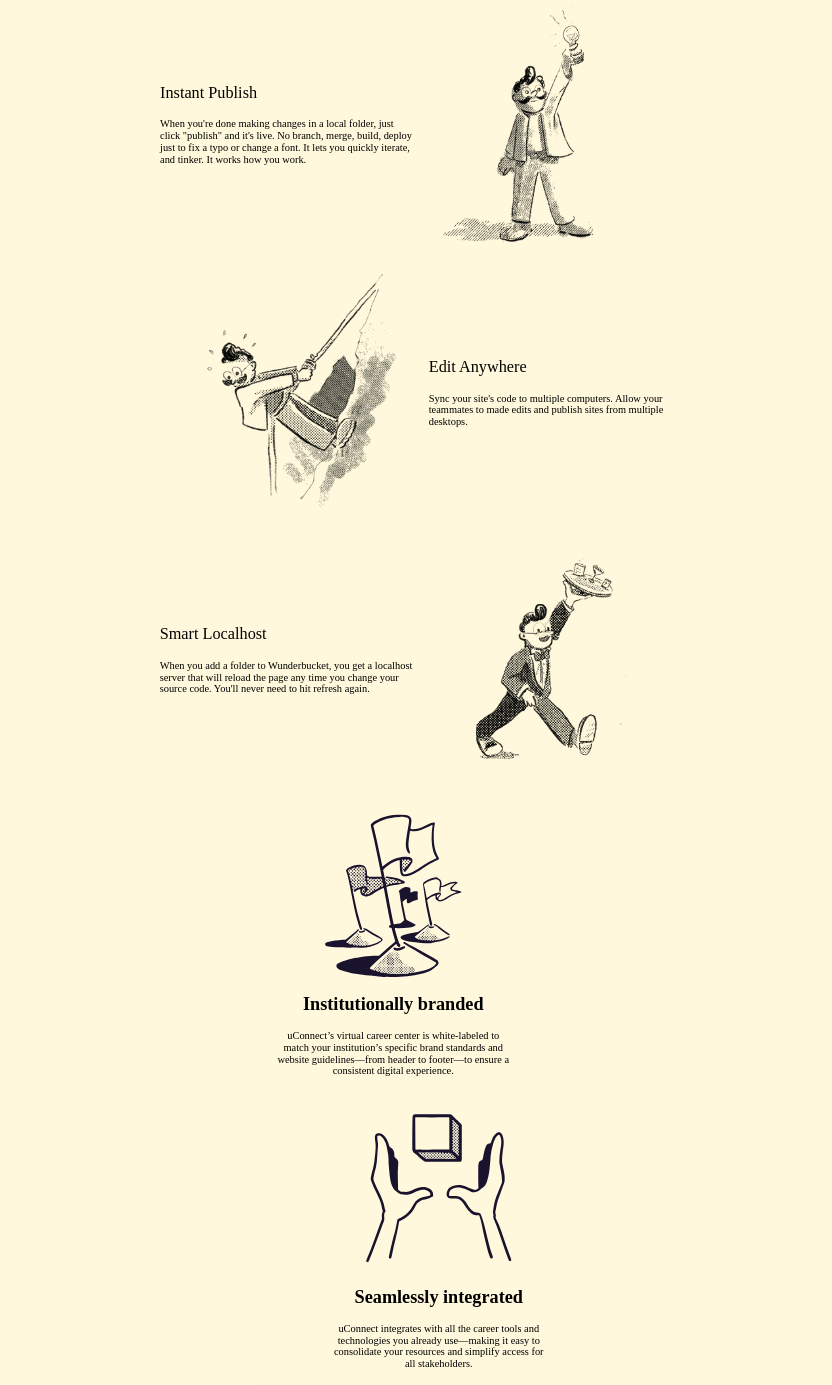
Repository: Pbemits/TEAMWORK-PROJECT-ONE
Page: index.html
These files come from the project's save history. The page is drawn as it stood at one moment and after the next save; the edit follows.
The browser window is 1280 px wide. The pictures show the whole page, at 65% of full size.
Some web fonts or font styles are not loaded; a fallback is used.

Above is the page before, as saved 2023-09-02 01:04:22.

### index.html
<!DOCTYPE html>
<html lang="en">
<head>
    <meta charset="UTF-8">
    <meta name="viewport" content="width=device-width, initial-scale=1.0">
    <link rel="stylesheet" href="./assets/css/base.css">
    <link rel="stylesheet" href="./assets/css/main.css">
    <!-- ~: FONT: 'Noto Sans JP', sans-serif -->
    <link rel="preconnect" href="https://fonts.googleapis.com">
    <link rel="preconnect" href="https://fonts.gstatic.com" crossorigin>
    <link href="https://fonts.googleapis.com/css2?family=Noto+Sans+JP:wght@100;200;300;400;500;600&display=swap" rel="stylesheet">
    <!-- ~: FONT: 'PT Serif Caption', serif -->
    <link rel="preconnect" href="https://fonts.googleapis.com">
    <link rel="preconnect" href="https://fonts.gstatic.com" crossorigin>
    <link href="https://fonts.googleapis.com/css2?family=PT+Serif+Caption:ital@0;1&display=swap" rel="stylesheet">
    <title>TEAMWORK PROJECT ONE</title>
</head>
<body>
    <!-- TODO: HEADER MAIN -->
    <div id="header-main">

    </div>
    <!-- TODO: CONTENT MAIN -->
    <div id="content-main">
        <!--! CODE BY XUAN DAI -->
        <!--! CONTENT-SECTION-TWO -->
        <div class="content-section-two">
            <!--? WRAPPER ONE -->
            <div class="content-wrapper-element-one">
                <div class="wrapper-element-one">
                    <div class="wrapper-element-texts">
                        <div class="element-text-h3">
                            <h3>Instant Publish</h3>
                        </div>
                        <div class="element-texts-paragraph">
                            <p>When you're done making changes in a local folder, just<br> click "publish" and it's live. No branch, merge, build, deploy<br> just to fix a typo or change a font. It lets you quickly iterate,<br> and tinker. It works how you work.</p>
                        </div>
                    </div>
                </div>
                <div class="wrapper-element-two">
                    <div class="wrapper-element-image">
                        <div class="element-img">
                            <img src="./assets/image/ligter.png" alt="ÁNH SÁNG CỦA ĐẢNG VN">
                        </div>
                    </div>
                </div>
            </div>
            <!--? END WRAPPER ONE -->

            <!--? WRAPPER TWO -->
            <div class="content-wrapper-element-two">
                <div class="wrapper-element-one">
                    <div class="wrapper-element-image">
                        <div class="element-img">
                            <img src="./assets/image/edit-anywhere.png" alt="EDIT ANYWHERE">
                        </div>
                    </div>
                </div>

                <div class="wrapper-element-two">
                    <div class="wrapper-element-texts">
                        <div class="element-text-h3">
                            <h3>Edit Anywhere</h3>
                        </div>
                        <div class="element-texts-paragraph">
                            <p>Sync your site's code to multiple computers. Allow your<br> teammates to made edits and publish sites from multiple<br> desktops.</p>
                        </div>
                    </div>
                </div>
            </div>
            <!--? END WRAPPER TWO -->

            <!--? WRAPPER THREE -->
            <div class="content-wrapper-element-three">
                <div class="wrapper-element-one">
                    <div class="wrapper-element-texts">
                        <div class="element-text-h3">
                            <h3>Smart Localhost</h3>
                        </div>
                        <div class="element-texts-paragraph">
                            <p>When you add a folder to Wunderbucket, you get a localhost<br> server that will reload the page any time you change your<br> source code. You'll never need to hit refresh again.</p>
                        </div>
                    </div>
                </div>

                <div class="wrapper-element-two">
                    <div class="wrapper-element-image">
                        <div class="element-img">
                            <img src="./assets/image/smart-localhost.png" alt="LOCAL HOST">
                        </div>
                    </div>
                </div>
            </div>
            <!--? END WRAPPER THREE -->

        </div>
        <!--! END CONTENT-SECTION-TWO -->
        <!--! END CODE BY XUAN DAI -->

        <!--! CODE BY XUAN DAI -->
    <div class="content-section-add">
        <!--? WRAPPER ONE -->
        <div class="content-wrapper-element-one">
            <div class="wrapper-element-one">
                <div class="wrapper-element-image">
                    <div class="element-img">
                        <img src="./assets/image/flags.svg" alt="flags">
                    </div>
                </div>
            </div>

            <div class="wrapper-element-two">
                <div class="wrapper-element-texts">
                    <div class="element-text-h3">
                        <h3>Institutionally branded</h3>
                    </div>

                    <div class="element-texts-paragraph">
                        <p>uConnect’s virtual career center is white-labeled to<br> match your institution’s specific brand standards and<br> website guidelines—from header to footer—to ensure a<br> consistent digital experience.</p>
                    </div>
                </div>
            </div>
        </div>
        <!--? END WRAPPER ONE -->

        <!--? WRAPPER TWO -->
        <div class="content-wrapper-element-two">
            <div class="wrapper-element-one">
                <div class="wrapper-element-image">
                    <div class="element-img">
                        <img src="./assets/image/hands.svg" alt="flags">
                    </div>
                </div>
            </div>

            <div class="wrapper-element-two">
                <div class="wrapper-element-texts">
                    <div class="element-text-h3">
                        <h3>Seamlessly integrated</h3>
                    </div>

                    <div class="element-texts-paragraph">
                        <p>uConnect integrates with all the career tools and<br> technologies you already use—making it easy to<br> consolidate your resources and simplify access for<br> all stakeholders.</p>
                    </div>
                </div>
            </div>
        </div>
        <!--? END WRAPPER TWO -->

    </div>
    <!--! END CODE BY XUAN DAI -->
    </div>
    <!-- TODO: FOOTER MAIN -->
    <div id="footer-main">

    </div>
</body>
</html>

### assets/css/base.css
* {
    margin: 0;
    padding: 0;
    box-sizing: border-box;
}
body {
    background-color: #fff8dc;
    font-family: 'Noto Sans JP', sans-serif;
    font-family: 'PT Serif Caption', serif;
}

:root {
    --color-texts: #161616;
}

### assets/css/main.css
/* ?WRAPPER ONE */
.content-section-two .content-wrapper-element-one {
    display: flex;
    align-items: center;
    justify-content: center;
}

.content-section-two .content-wrapper-element-one .wrapper-element-texts .element-text-h3 h3 {
    font-size: 25px;
    font-weight: 400;
}

.content-section-two .content-wrapper-element-one .wrapper-element-texts .element-texts-paragraph {
    margin: 26px 0;
}

.content-section-two .content-wrapper-element-one .element-img {
    width: 100%;
}

.content-section-two .content-wrapper-element-one .element-img img {
    width: 400px;
}
/* ?END WRAPPER ONE */



/* ?WRAPPER TWO */

.content-section-two .content-wrapper-element-two {
    display: flex;
    align-items: center;
    justify-content: center;

}

.content-section-two .content-wrapper-element-two .element-img {
    width: 100%;
}

.content-section-two .content-wrapper-element-two .element-img img {
    width: 400px;
}

.content-section-two .content-wrapper-element-two .wrapper-element-texts .element-text-h3 h3 {
    font-size: 25px;
    font-weight: 400;
}

.content-section-two .content-wrapper-element-two .wrapper-element-texts .element-texts-paragraph {
    margin: 26px 0;
}


/* ?END WRAPPER TWO */



/* ?WRAPPER THREE */

.content-section-two .content-wrapper-element-three {
    display: flex;
    align-items: center;
    justify-content: center;

}

.content-section-two .content-wrapper-element-three .wrapper-element-texts .element-text-h3 h3 {
    font-size: 25px;
    font-weight: 400;
}

.content-section-two .content-wrapper-element-three .wrapper-element-texts .element-texts-paragraph {
    margin: 26px 0;
}

.content-section-two .content-wrapper-element-three .element-img {
    width: 100%;
}

.content-section-two .content-wrapper-element-three .element-img img {
    width: 400px;
}

/* ?END WRAPPER THREE */





/* !BY XUAN DAI */

/* !CSS CODE ADD */

/* ?COMMON */
.content-section-add {
    background-color: #fff8dc;
    display: flex;
    flex-wrap: wrap;
    align-items: center;
    justify-content: center;
    height: 900px;
}

.content-section-add .content-wrapper-element-one {
    margin-right: 70px;
    width: 100%;
}

.content-section-add .content-wrapper-element-two {
    margin-left: 70px;
}
/* ?END COMMON */


/* ?WRAPPER ONE */
.content-section-add .content-wrapper-element-one  .wrapper-element-one .element-img {
    width: 100%;
    text-align: center;
}

.content-section-add .content-wrapper-element-one  .wrapper-element-one .element-img img {
    width: 250px;
    text-align: center;
}

.content-section-add .content-wrapper-element-one  .wrapper-element-two .element-text-h3 h3 {
    font-size: 28px;
    font-weight: 600;
    margin-top: 22px;
    margin-bottom: 24px;
    text-align: center;
}

.content-section-add .content-wrapper-element-one  .wrapper-element-two p {
    text-align: center;
}
/* ?END WRAPPER ONE */


/* ?WRAPPER TWO */
.content-section-add .content-wrapper-element-two  .wrapper-element-one .element-img {
    width: 100%;
    text-align: center;
}

.content-section-add .content-wrapper-element-two  .wrapper-element-one .element-img img {
    width: 250px;
    text-align: center;
}

.content-section-add .content-wrapper-element-two  .wrapper-element-two .element-text-h3 h3 {
    font-size: 28px;
    font-weight: 600;
    margin-top: 22px;
    margin-bottom: 24px;
    text-align: center;
}

.content-section-add .content-wrapper-element-two  .wrapper-element-two p {
    text-align: center;
}
/* ?END WRAPPER TWO */


/* !END CSS CODE ADD */



/* !END BY XUAN DAI */

After the next save:
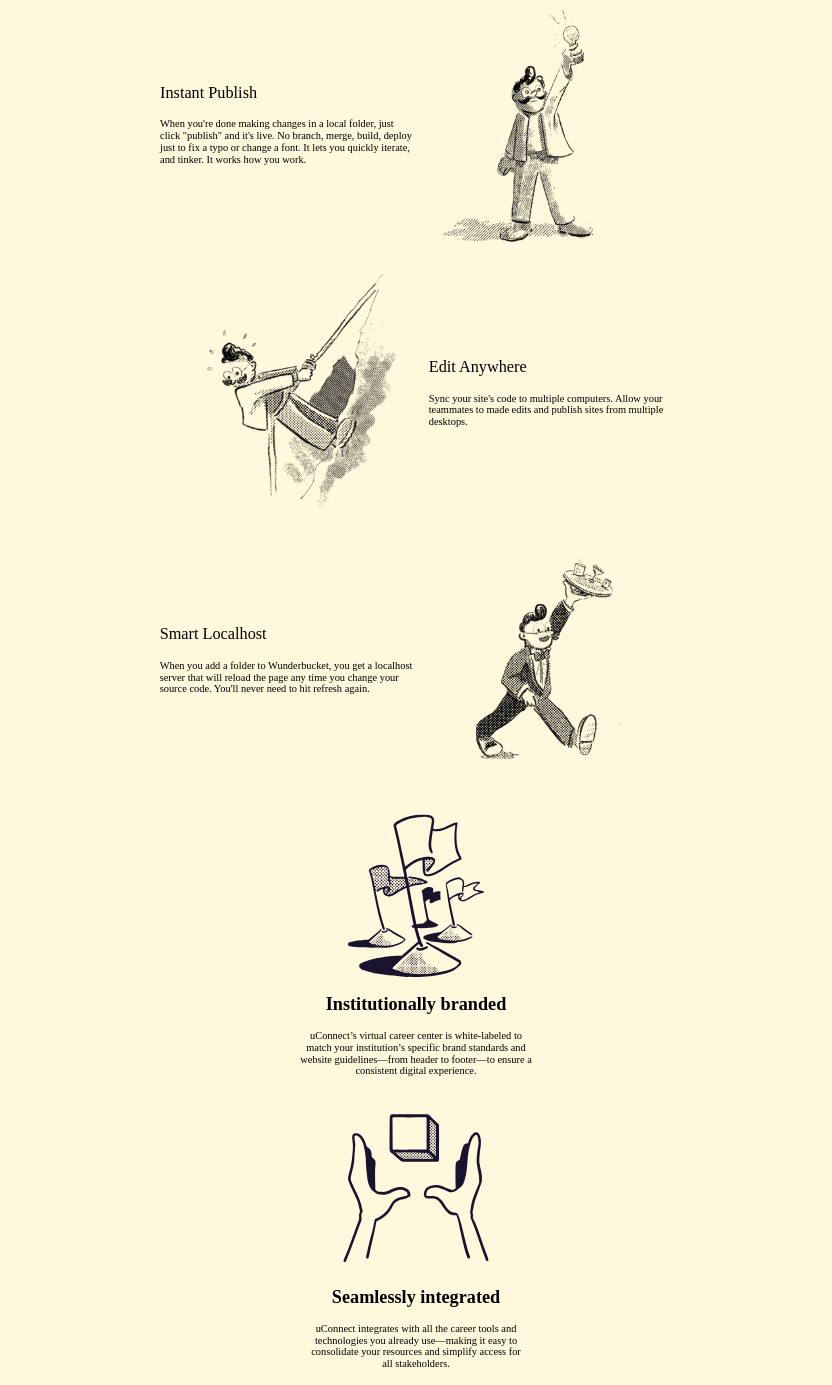
Saved 41 s later.
--- a/assets/css/main.css
+++ b/assets/css/main.css
@@ -103,12 +103,12 @@
 }
 
 .content-section-add .content-wrapper-element-one {
-    margin-right: 70px;
+
     width: 100%;
 }
 
 .content-section-add .content-wrapper-element-two {
-    margin-left: 70px;
+
 }
 /* ?END COMMON */
 
